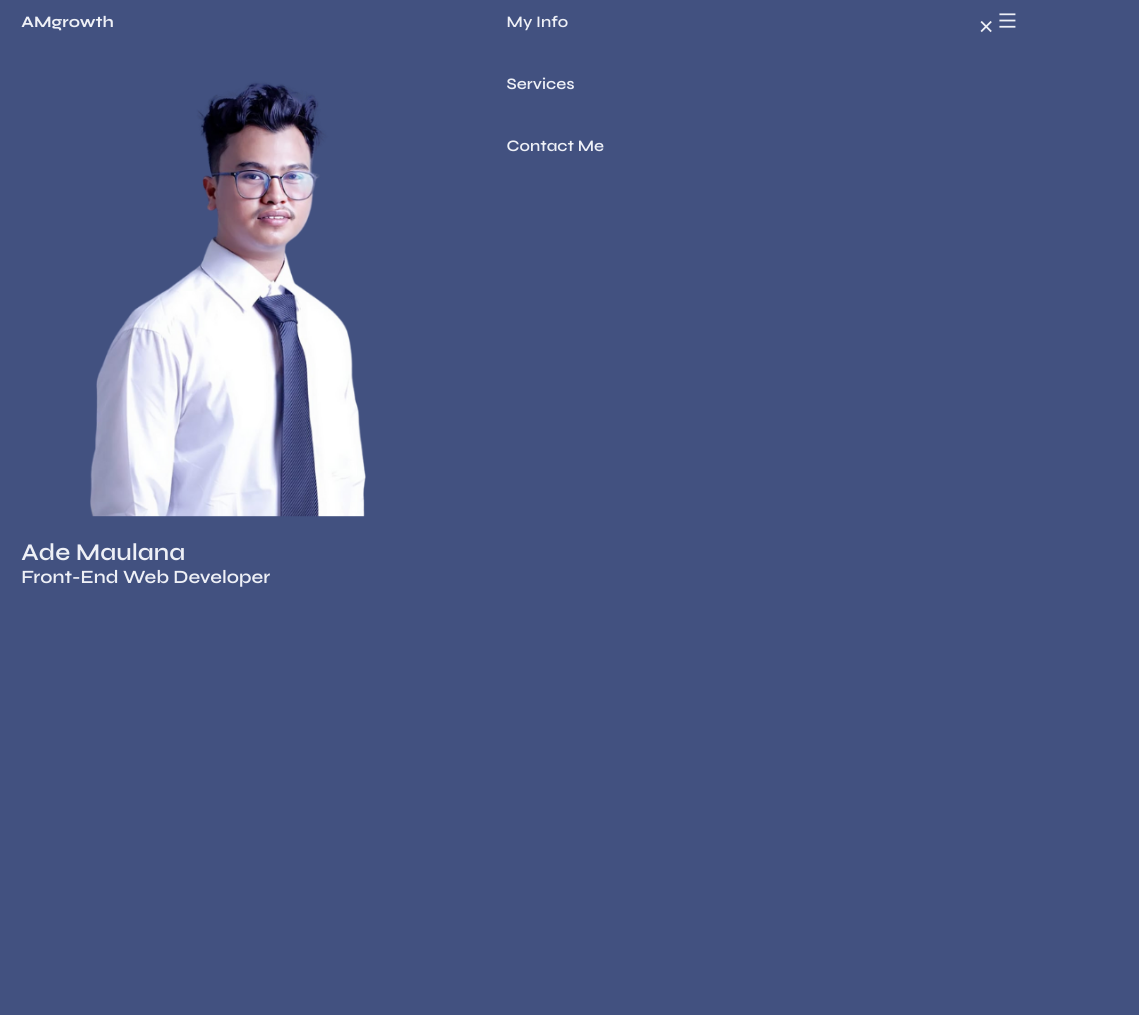
Repository: Ademaulana100499/portofolio
Page: index.html
The author's editor kept a copy of each file at every save. The page is drawn from the files as they stood at one save, then again after the next save.
The browser window is 1280 px wide. The pictures show the whole page, at 89% of full size.
Some web fonts or font styles are not loaded; a fallback is used.

Above is the page before, as saved 2024-11-28 16:50:26.

After the next save:
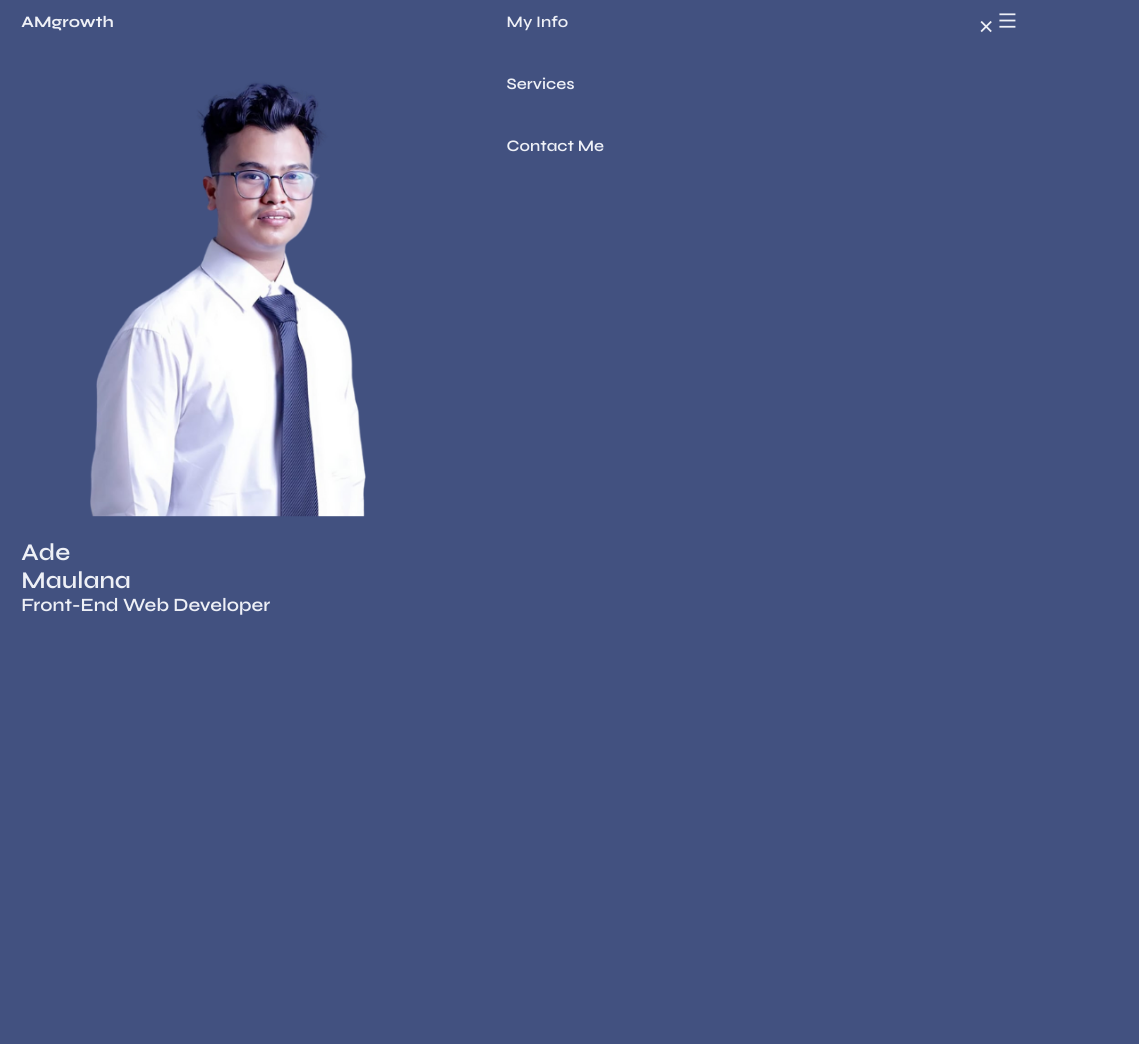
Saved 56 s later.
--- a/index.html
+++ b/index.html
@@ -54,7 +54,10 @@
         <div class="home__container container grid">
           <img src="assets/img/Photo.png" alt="image" class="home__img" />
           <div class="home__data">
-            <h1>Ade Maulana</h1>
+            <h1>
+              Ade <br />
+              Maulana
+            </h1>
             <h3>Front-End Web Developer</h3>
           </div>
         </div>

After the save that followed:
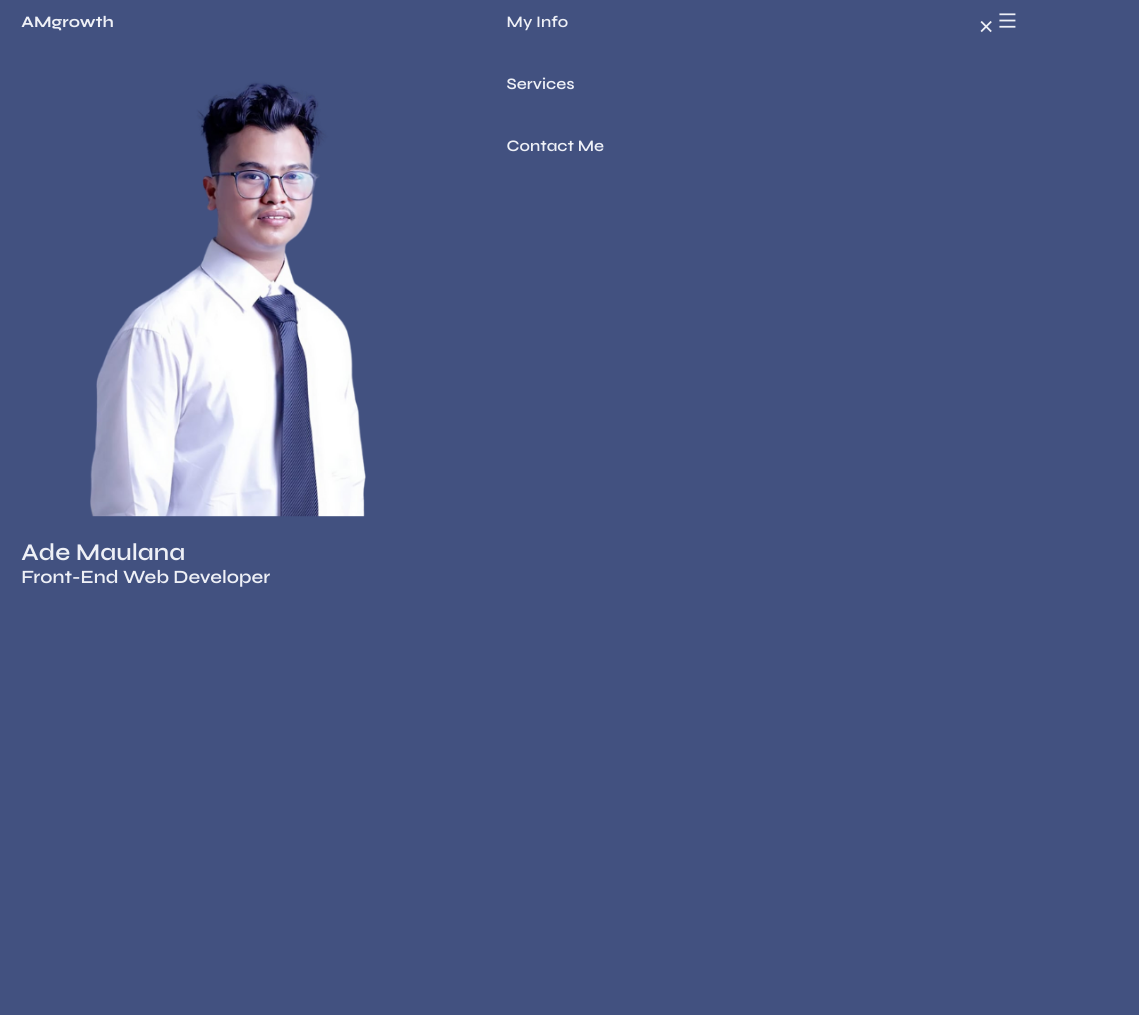
Saved 11 s later.
--- a/index.html
+++ b/index.html
@@ -54,10 +54,7 @@
         <div class="home__container container grid">
           <img src="assets/img/Photo.png" alt="image" class="home__img" />
           <div class="home__data">
-            <h1>
-              Ade <br />
-              Maulana
-            </h1>
+            <h1>Ade Maulana</h1>
             <h3>Front-End Web Developer</h3>
           </div>
         </div>
